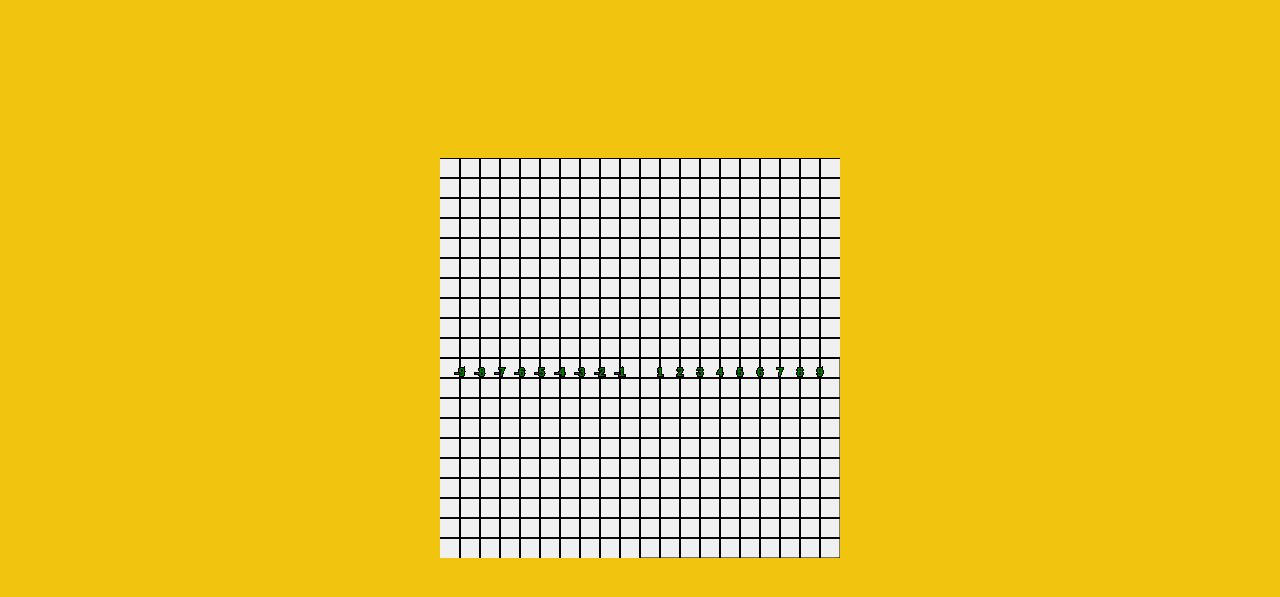
Repository: animarcus/graphing-app
Page: index.html
The author's editor kept a copy of each file at every save. The page is drawn from the files as they stood at one save, then again after the next save.
The browser window is 1280 px wide. The pictures show the whole page.
Some web libraries are served in a nearby version.

Above is the page before, as saved 2020-09-26 19:52:34.

### index.html
<!DOCTYPE html>
<html lang="en">
<head>
  <link rel="apple-touch-icon"sizes="180x180"href="/icons/apple-touch-icon.png">
  <link rel="icon"type="image/png"sizes="32x32"href="/icons/favicon-32x32.png">
  <link rel="icon"type="image/png"sizes="16x16"href="/icons/favicon-16x16.png">
  <link rel="manifest"href="/icons/site.webmanifest">

  <link rel="stylesheet" href="css/style.css">
  <meta charset="UTF-8">
  <meta name="viewport" content="width=device-width, initial-scale=1.0, maximum-scale=1.0, user-scalable=0">
  <title>PLACEHOLDER</title>

  <script type="text/javascript" src="https://cdn.jsdelivr.net/npm/p5@1.1.4/lib/p5.min.js"></script>
  <script src="js/sketch.js"></script>
</head>
<body>
  <div id="canvas1"></div>
</body>
</html>

### css/style.css
* {
  cursor: default;
  /* -webkit-touch-callout: none;
  -webkit-user-select: none;
  -khtml-user-select: none;
  -moz-user-select: none;
  -ms-user-select: none;
  user-select: none; */
}
body {
  background: #f1c40f;
  height: 100%;
  overflow-y: hidden;
  overflow-x: hidden;
  /* border-radius: 50%; */
}

#canvas1 {
  position: absolute;
  top:50%;
  left:50%;
  transform: translate(-50%,-50%);
}

### js/sketch.js

let canvasW = 400;
let canvasH = 400;
let cellW = 20;

function setup() {
  let canvas = createCanvas(canvasW,canvasH);
  canvas.parent("canvas1");

  background(240);
  translate(canvasW/2, canvasH/2);



  drawHandlers.drawGrid();
}


function draw() {
  fill(color("green"));
  drawHandlers.drawGrid();
}


let drawHandlers = {
  drawGrid : function() {
    translate(canvasW/2, canvasH/2);

    stroke('rgba(0%, 0%, 0%, 1)');
    line(-canvasW/2, 0, canvasW/2, 0);
    line(0, -canvasH/2, 0, canvasH/2);

    stroke('rgba(0%, 0%, 0%, 0.1)');
    for (let x = -canvasW/2; x < canvasW/2; x += cellW) {
      if (x === -canvasW/2 || x === canvasW/2 || x === 0) {
        continue;
      }
      let currentX = round(x/cellW);
      strokeWeight(1);
      line(x, -canvasH/2, x, canvasH/2);
      strokeWeight(2);
      line(x, -cellW/5, x, cellW/5);
      // console.log(currentX, x, cellW);
      textAlign(CENTER, BOTTOM);
      textSize(cellW/2);
      text(currentX, x, cellW);
    }
    for (let y = -canvasH/2; y < canvasH/2; y += cellW) {
      strokeWeight(1);
      line(-canvasW/2, y, canvasW/2, y);
      strokeWeight(2);
      line(-cellW/5, y, cellW/5, y);
    }
  }
};

After the next save:
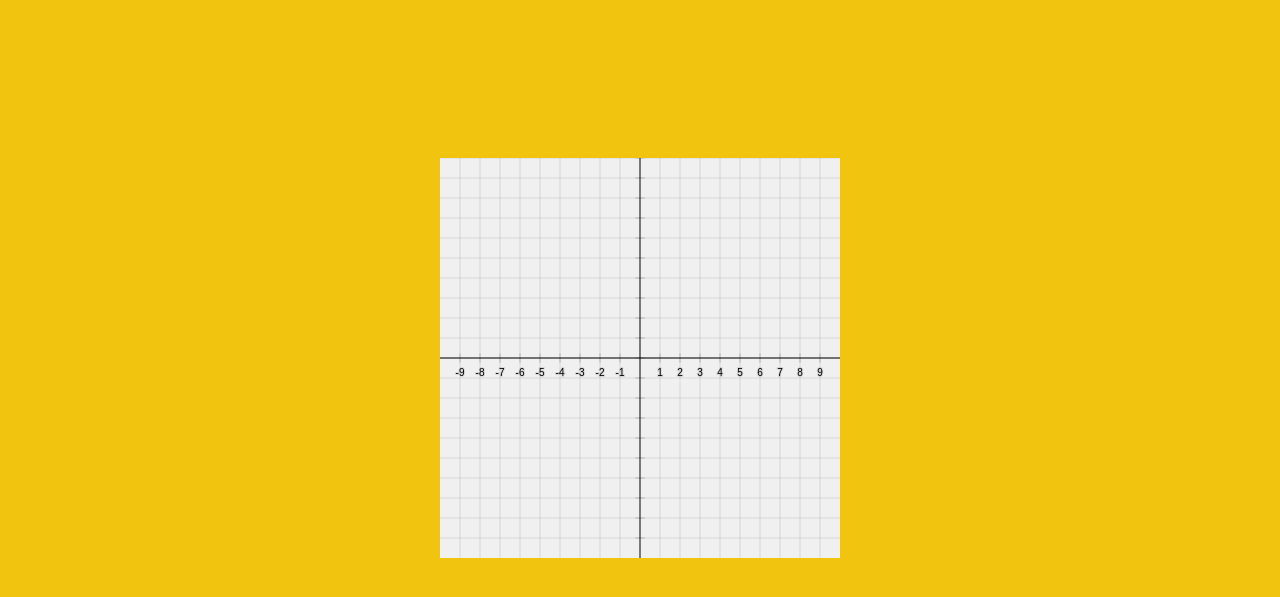
Saved 9 s later.
--- a/js/sketch.js
+++ b/js/sketch.js
@@ -10,9 +10,31 @@ function setup() {
   background(240);
   translate(canvasW/2, canvasH/2);
 
+  stroke('rgba(0%, 0%, 0%, 1)');
+  line(-canvasW/2, 0, canvasW/2, 0);
+  line(0, -canvasH/2, 0, canvasH/2);
 
-
-  drawHandlers.drawGrid();
+  stroke('rgba(0%, 0%, 0%, 0.1)');
+  for (let x = -canvasW/2; x < canvasW/2; x += cellW) {
+    if (x === -canvasW/2 || x === canvasW/2 || x === 0) {
+      continue;
+    }
+    let currentX = round(x/cellW);
+    strokeWeight(1);
+    line(x, -canvasH/2, x, canvasH/2);
+    strokeWeight(2);
+    line(x, -cellW/5, x, cellW/5);
+    // console.log(currentX, x, cellW);
+    textAlign(CENTER, BOTTOM);
+    textSize(cellW/2);
+    text(currentX, x, cellW);
+  }
+  for (let y = -canvasH/2; y < canvasH/2; y += cellW) {
+    strokeWeight(1);
+    line(-canvasW/2, y, canvasW/2, y);
+    strokeWeight(2);
+    line(-cellW/5, y, cellW/5, y);
+  }
 }
 
 
@@ -24,32 +46,6 @@ function draw() {
 
 let drawHandlers = {
   drawGrid : function() {
-    translate(canvasW/2, canvasH/2);
 
-    stroke('rgba(0%, 0%, 0%, 1)');
-    line(-canvasW/2, 0, canvasW/2, 0);
-    line(0, -canvasH/2, 0, canvasH/2);
-
-    stroke('rgba(0%, 0%, 0%, 0.1)');
-    for (let x = -canvasW/2; x < canvasW/2; x += cellW) {
-      if (x === -canvasW/2 || x === canvasW/2 || x === 0) {
-        continue;
-      }
-      let currentX = round(x/cellW);
-      strokeWeight(1);
-      line(x, -canvasH/2, x, canvasH/2);
-      strokeWeight(2);
-      line(x, -cellW/5, x, cellW/5);
-      // console.log(currentX, x, cellW);
-      textAlign(CENTER, BOTTOM);
-      textSize(cellW/2);
-      text(currentX, x, cellW);
-    }
-    for (let y = -canvasH/2; y < canvasH/2; y += cellW) {
-      strokeWeight(1);
-      line(-canvasW/2, y, canvasW/2, y);
-      strokeWeight(2);
-      line(-cellW/5, y, cellW/5, y);
-    }
   }
 };
